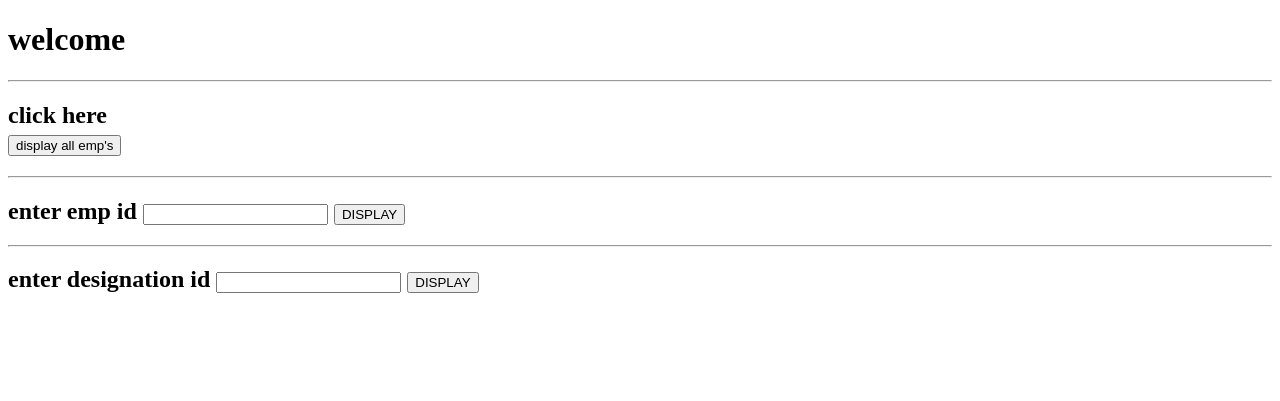
Repository: Saikumar6901/DBSTrainingModules
Page: http://localhost/dbsdemo/Viewall.jsp
These files come from the project's save history. The page is drawn as it stood at one moment and after the next save; the edit follows.
The browser window is 1280 px wide. The pictures show the whole page.
The page is served by Tomcat 9. Other server files are loaded and not shown.

Above is the page before, as saved 2019-08-17 05:54:28.

### workspace-spring-tool-suite-4-4.3.2.RELEASE/dbsdemo/src/main/webapp/Viewall.jsp
<%@ page language="java" contentType="text/html; charset=ISO-8859-1"
    pageEncoding="ISO-8859-1"%>
<!DOCTYPE html>
<html>
<head>
<meta charset="ISO-8859-1">
<title>Insert title here</title>
</head>
<body>
<h1> welcome</h1>
<hr>
 <form action="displayAll">
<h2>
click here<br>
<input type="submit" name="submit" value="display all emp's">
</h2>
</form>

<hr>

<form action="displayByID" method="post">
<h2>
enter emp id <input type="text" name="eid">
<input type="submit" name="submit" value="DISPLAY">
</h2></form>

<hr>

<form action="displayByDesign" method="post">
<h2>
enter designation id <input type="text" name="design">
<input type="submit" name="submit" value="DISPLAY">
</h2>
</form>
</body>
</html>

After the next save:
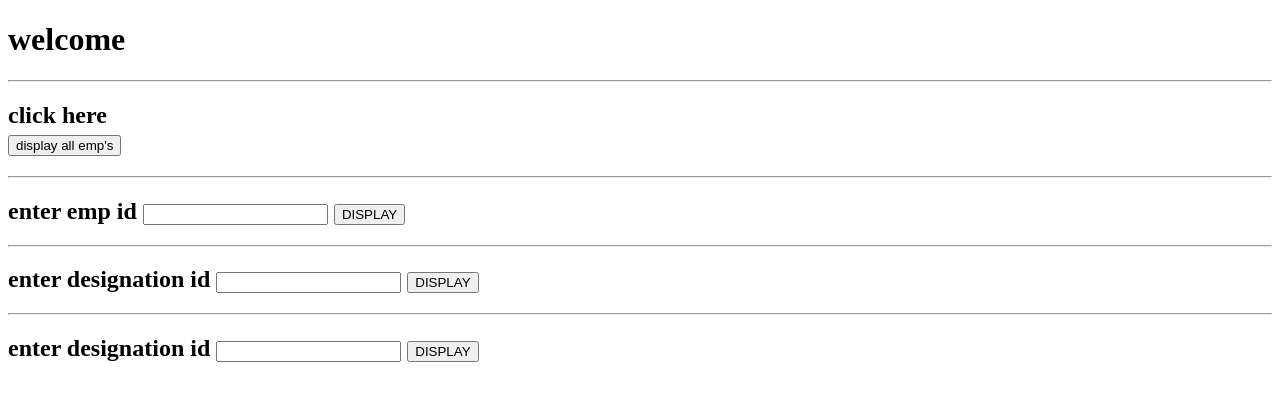
Saved 63 s later.
--- a/workspace-spring-tool-suite-4-4.3.2.RELEASE/dbsdemo/src/main/webapp/Viewall.jsp
+++ b/workspace-spring-tool-suite-4-4.3.2.RELEASE/dbsdemo/src/main/webapp/Viewall.jsp
@@ -32,5 +32,14 @@ enter designation id <input type="text" name="design">
 <input type="submit" name="submit" value="DISPLAY">
 </h2>
 </form>
+
+<hr>
+
+<form action="getEmpsSortedByAge" method="post">
+<h2>
+enter designation id <input type="text" name="design">
+<input type="submit" name="submit" value="DISPLAY">
+</h2>
+</form>
 </body>
 </html>
